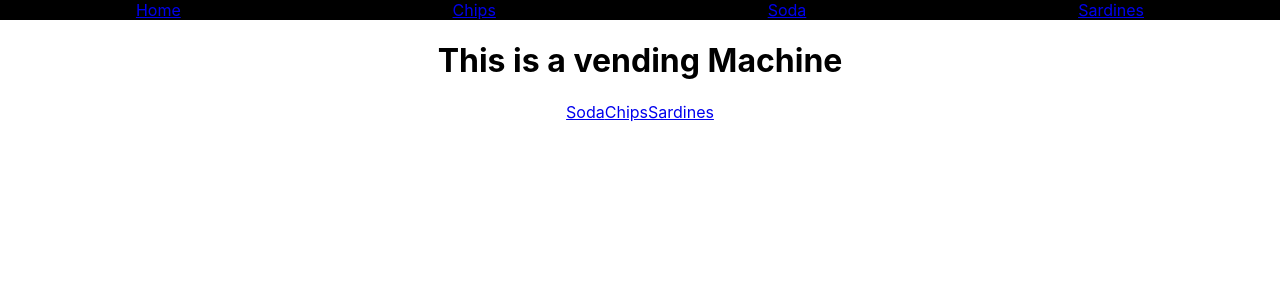
Repository: zhapar/vending-machine
Page: /
These files come from the project's save history. The page is drawn as it stood at one moment and after the next save; the edit follows.
The browser window is 1280 px wide. The pictures show the whole page.
The project was rebuilt for these pictures with package versions that can differ from the ones it lists, and the page was loaded fresh each time. Also part of the build but not shown: src/Chips.js, src/Sardines.js, src/Soda.js.

Above is the page before, as saved 2020-09-01 18:46:46.

### src/App.js
import React from "react";
import { Switch, Route } from "react-router-dom";
import Navbar from "./Navbar";
import VendingMachine from "./VendingMachine";
import Chips from "./Chips";
import Sardines from "./Sardines";
import Soda from "./Soda";
import "./App.css";

function App() {
  return (
    <div className="App">
      <Navbar />
      <Switch>
        <Route exact path="/" render={() => <VendingMachine />} />
        <Route exact path="/chips" render={() => <Chips />} />
        <Route exact path="/sardines" render={() => <Sardines />} />
        <Route exact path="/soda" render={() => <Soda />} />
      </Switch>
    </div>
  );
}

export default App;

### src/Navbar.js
import React, { Component } from "react";
import { NavLink } from "react-router-dom";
import "./Navbar.css";

class Chips extends Component {
  render() {
    return (
      <div className="Navbar">
        <NavLink exact activeClassName="Navbar-active" to="/">
          Home
        </NavLink>
        <NavLink exact activeClassName="Navbar-active" to="/chips">
          Chips
        </NavLink>
        <NavLink exact activeClassName="Navbar-active" to="/soda">
          Soda
        </NavLink>
        <NavLink exact activeClassName="Navbar-active" to="/sardines">
          Sardines
        </NavLink>
      </div>
    );
  }
}

export default Chips;

### src/VendingMachine.js
import React, { Component } from "react";
import { Link } from "react-router-dom";

class VendingMachine extends Component {
  render() {
    return (
      <div className="VendingMachine">
        <h1>This is a vending Machine</h1>
        <Link to="/soda">Soda</Link>
        <Link to="/chips">Chips</Link>
        <Link to="/sardines">Sardines</Link>
      </div>
    );
  }
}

export default VendingMachine;

### src/Navbar.css
.Navbar {
  display: flex;
  background-color: #000;
  color: grey;
  justify-content: space-around;
  align-items: center;
}

Loaded but not shown: public/index.html (common file); src/index.js (common file); src/index.css (common file); src/serviceWorker.js (common file); src/App.css (common file)

After the next save:
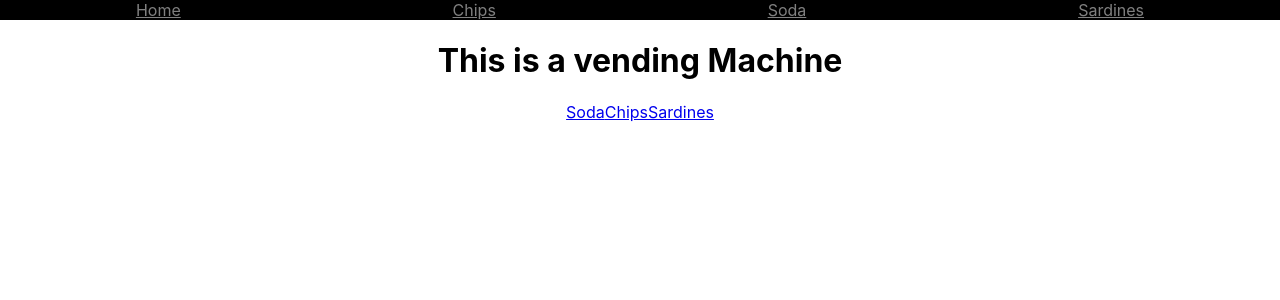
Saved 22 s later.
--- a/src/Navbar.css
+++ b/src/Navbar.css
@@ -1,7 +1,10 @@
 .Navbar {
   display: flex;
   background-color: #000;
-  color: grey;
   justify-content: space-around;
   align-items: center;
 }
+
+.Navbar a {
+  color: grey;
+}
